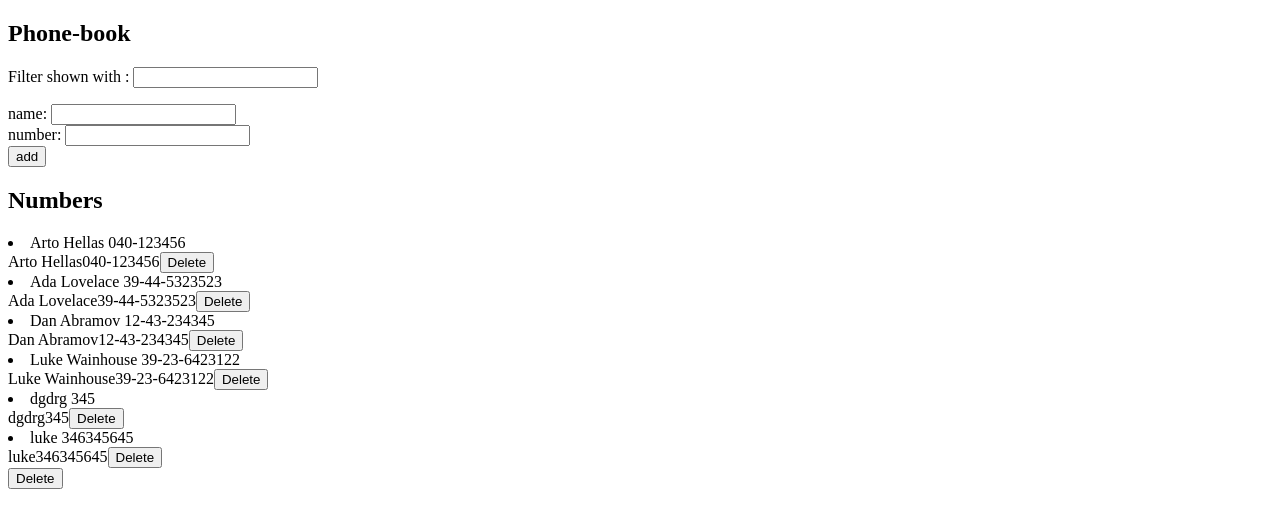
Repository: Wainhouse/Full_Stack_Open_2022
Page: / (app in part2/phonebook/)
The author's editor kept a copy of each file at every save. The page is drawn from the files as they stood at one save, then again after the next save.
The browser window is 1280 px wide. The pictures show the whole page.
The project was rebuilt for these pictures with package versions that can differ from the ones it lists, and the page was loaded fresh each time. Requests to the local data server were answered from the project's data file.

Above is the page before, as saved 2022-12-06 11:53:18.

After the next save:
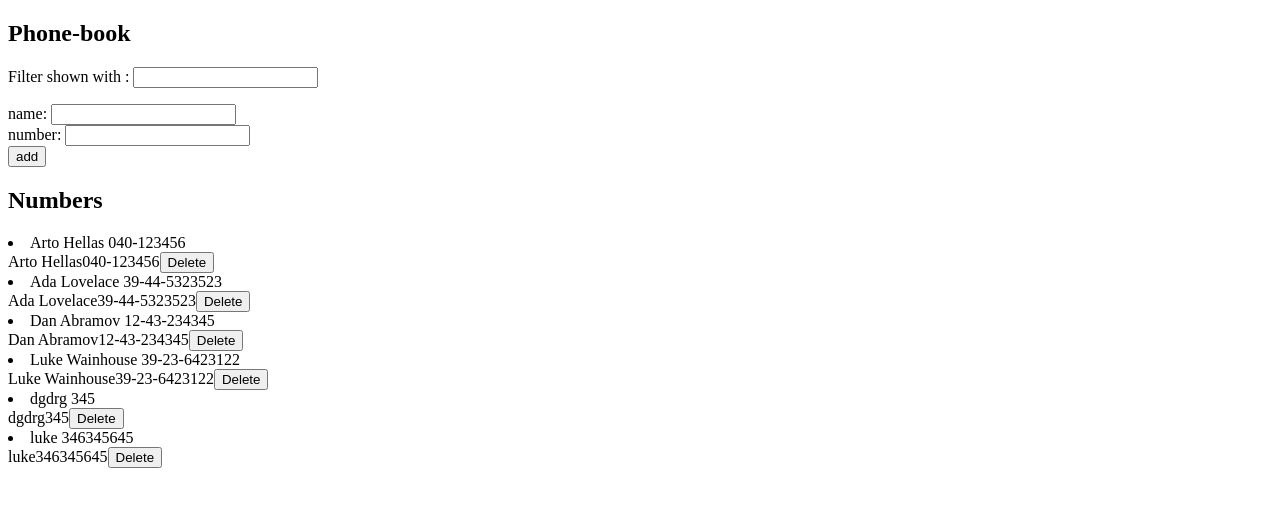
Saved 2 min 36 s later.
--- a/part2/phonebook/src/App.js
+++ b/part2/phonebook/src/App.js
@@ -90,15 +90,9 @@ const App = () => {
       handleNumberChange = {handleNumberChange}
       />
       <h2>Numbers</h2>
-      <div> {personsSearch.map((person) => (
-        <Persons key={person.name} person={person} number={newNumber}/>))
+      {personsSearch.map((person) => (
+        <Persons key={person.name} person={person} number={newNumber} onClick={deletePerson}/>))
         }
-
-        </div>
-        <div key={persons.name}>
-            {persons.name}{persons.number}
-            <button onClick={() => deletePerson(persons.id, persons.name)} type="delete">Delete</button>
-        </div>
     </>
   );
 };
